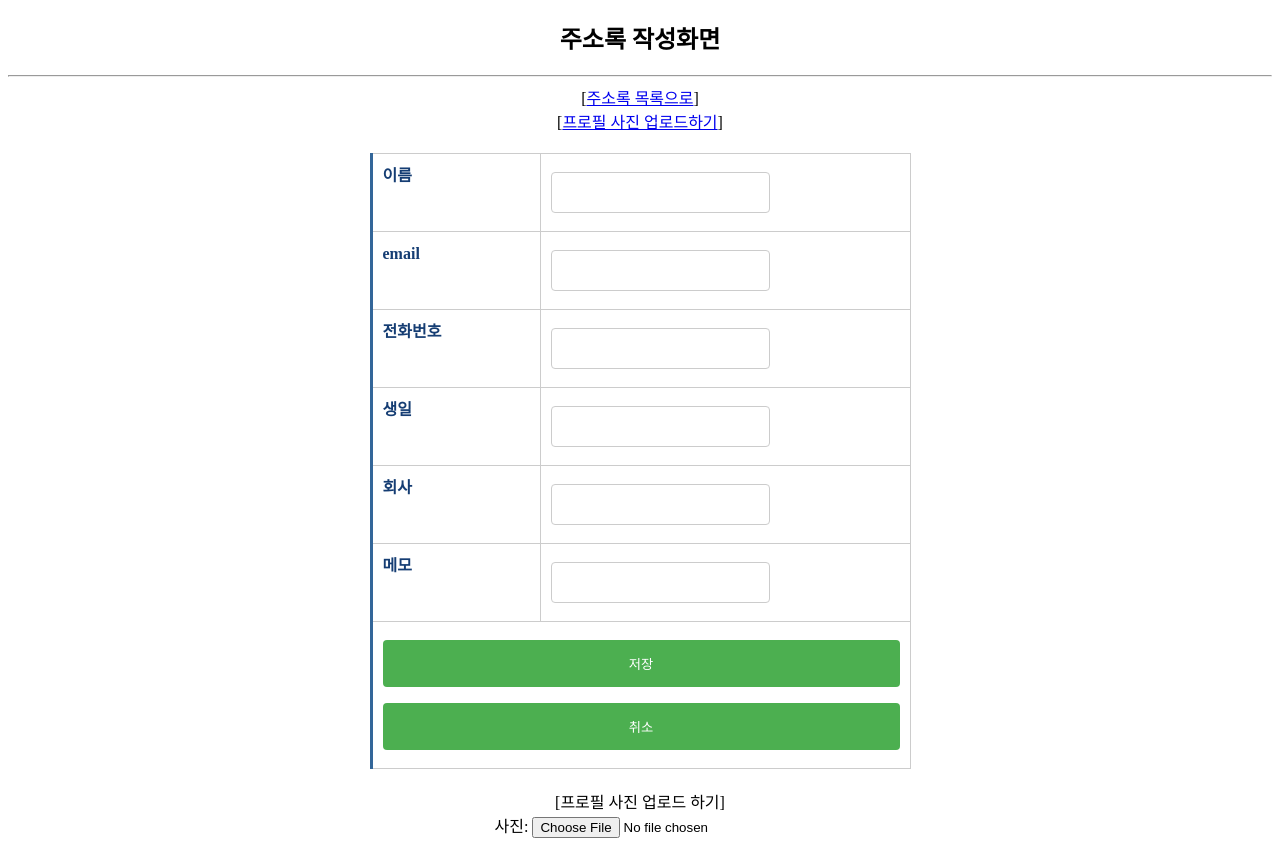
Repository: LeeHyukJe/jsp-bit
Page: http://localhost/jsp2/addrbook/addrbook_form.jsp
The author's editor kept a copy of each file at every save. The page is drawn from the files as they stood at one save, then again after the next save.
The browser window is 1280 px wide. The pictures show the whole page.
The page is served by Tomcat 9. Other server files are loaded and not shown.

Above is the page before, as saved 2017-09-20 05:42:33.

### jsp2/WebContent/addrbook/addrbook_form.jsp
<%@ page language="java" contentType="text/html; charset=UTF-8"
	pageEncoding="UTF-8" errorPage="addrbook_error.jsp"%>
<!DOCTYPE html PUBLIC "-//W3C//DTD HTML 4.01 Transitional//EN" "http://www.w3.org/TR/html4/loose.dtd">
<html>
<head>
<meta http-equiv="Content-Type" content="text/html; charset=UTF-8">
<title>주소록 작성 화면</title>
<link rel="stylesheet" href="login_css.css" media="screen">
	<style>
		table,input[type="text"]{
			width:auto;
			heigth:400px;
		}
	</style>
</head>
<body>
	<div align="center">
    <h2>주소록 작성화면</h2>
    <hr>
    [<a href=addrbook_list.jsp>주소록 목록으로</a>]<br>
    [<a href="Profile_pic.jsp">프로필 사진 업로드하기</a>]
    <p>
    <form name="form1" method="post" action="addrbook_control.jsp">
        <input type="hidden" name="action" value="insert">
        <table border="1" class="type03">
            <tr>
                <th>이름</th>
                <td><input type="text" name="ab_name" maxlength="15"></td>
            </tr>
            <tr>
                <th>email</th>
                <td><input type="text" name="ab_email" maxlength="20"></td>
            </tr>
            <tr>
                <th>전화번호</th>
                <td><input type="text" name="ab_tel" maxlength="20"></td>
            </tr>
            <tr>
                <th>생일</th>
                <td><input type="text" name="ab_birth"></td>
            </tr>
            <tr>
                <th>회사</th>
                <td><input type="text" name="ab_comdept" maxlength="20"></td>
            </tr>
            <tr>
                <th>메모</th>
                <td><input type="text" name="ab_memo"></td>
            </tr>
            <tr>
                <td colspan="2" align="center"><input type="submit" value="저장">
                    <input type="reset" value="취소"></td>
            </tr>
        </table>
        	[프로필 사진 업로드 하기]<br>
        	사진:	<input type="file" value="업로드">
    </form>
</div>
</body>
</html>

### jsp2/WebContent/addrbook/login_css.css
input[type=text],select{
    width: 100%;
    padding:12px 20px;
    margin:8px 0;
    display: inline-block;
    border:1px solid #ccc;
    border-radius: 4px;
    box-sizing: border-box;
}

input[type=submit],input[type=reset]{
    width:100%;
    background-color: #4CAF50;
    color: white;
    padding:14px 20px;
    margin:8px 0;
    border:none;
    border-radius: 4px;
    cursor: pointer;
}

input[type=submit]:hover, input[type=reset]:hover{
    background-color: #45a049;
}

table.type03{
    border-collapse:collapse;
    text-align: left;
    line-height: 1.5;
    border-top:1px solid #ccc;
    border-left:3px solid #369;
    margin:20px 10px;
}

table.type03 th{
    width:147px;
    padding:10px;
    font-weight:bold;
    vertical-align: top;
    color: #153d73;
    border-right:1px solid #ccc;
    border-bottom: 1px solid #ccc;
}

table.type03 td{
    width: 349px;
    padding:10px;
    vertical-align: top;
    border-right:1px solid #ccc;
    border-bottom: 1px solid #ccc;
}

After the next save:
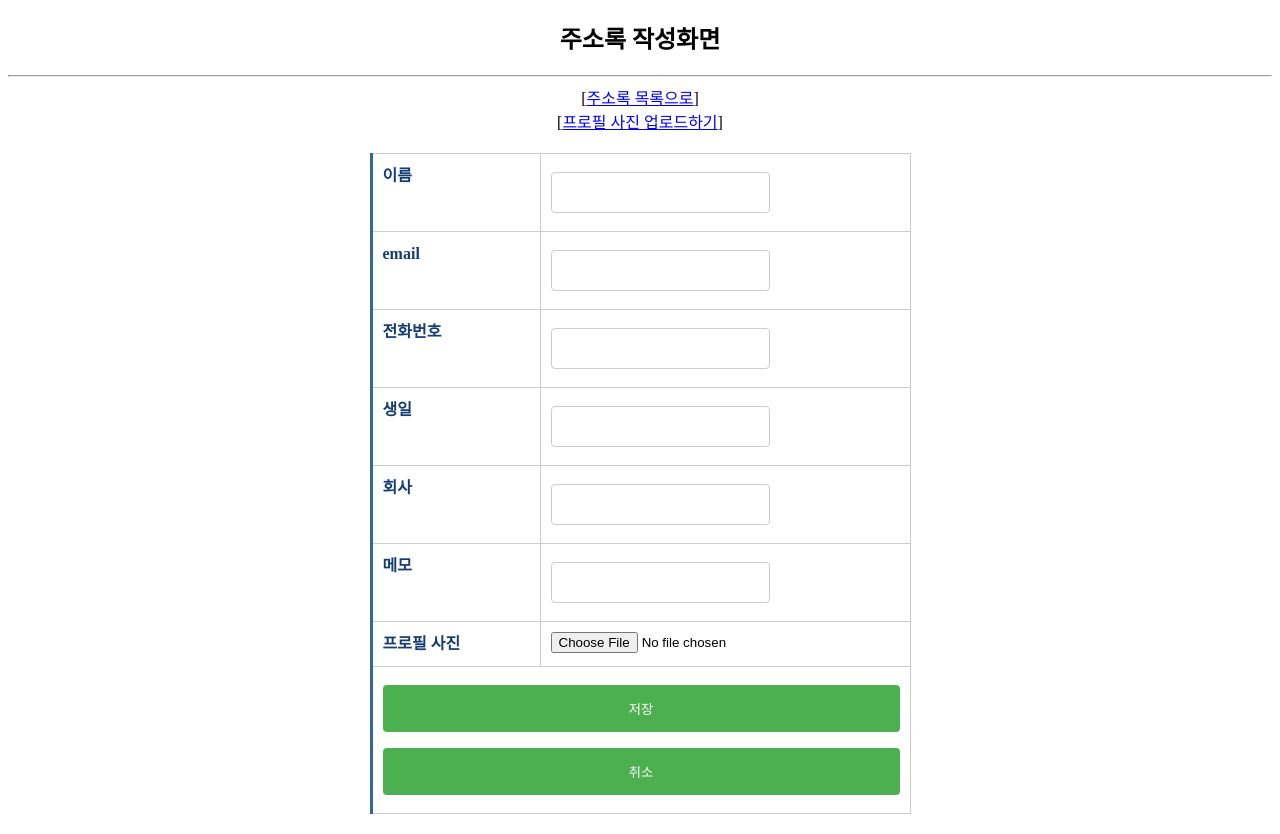
Saved 2 min 2 s later.
--- a/jsp2/WebContent/addrbook/addrbook_form.jsp
+++ b/jsp2/WebContent/addrbook/addrbook_form.jsp
@@ -48,12 +48,14 @@
                 <td><input type="text" name="ab_memo"></td>
             </tr>
             <tr>
+                <th>프로필 사진 </th>
+                <td><input type="file" name="ab_picture"></td>
+            </tr>
+            <tr>
                 <td colspan="2" align="center"><input type="submit" value="저장">
                     <input type="reset" value="취소"></td>
             </tr>
         </table>
-        	[프로필 사진 업로드 하기]<br>
-        	사진:	<input type="file" value="업로드">
     </form>
 </div>
 </body>
